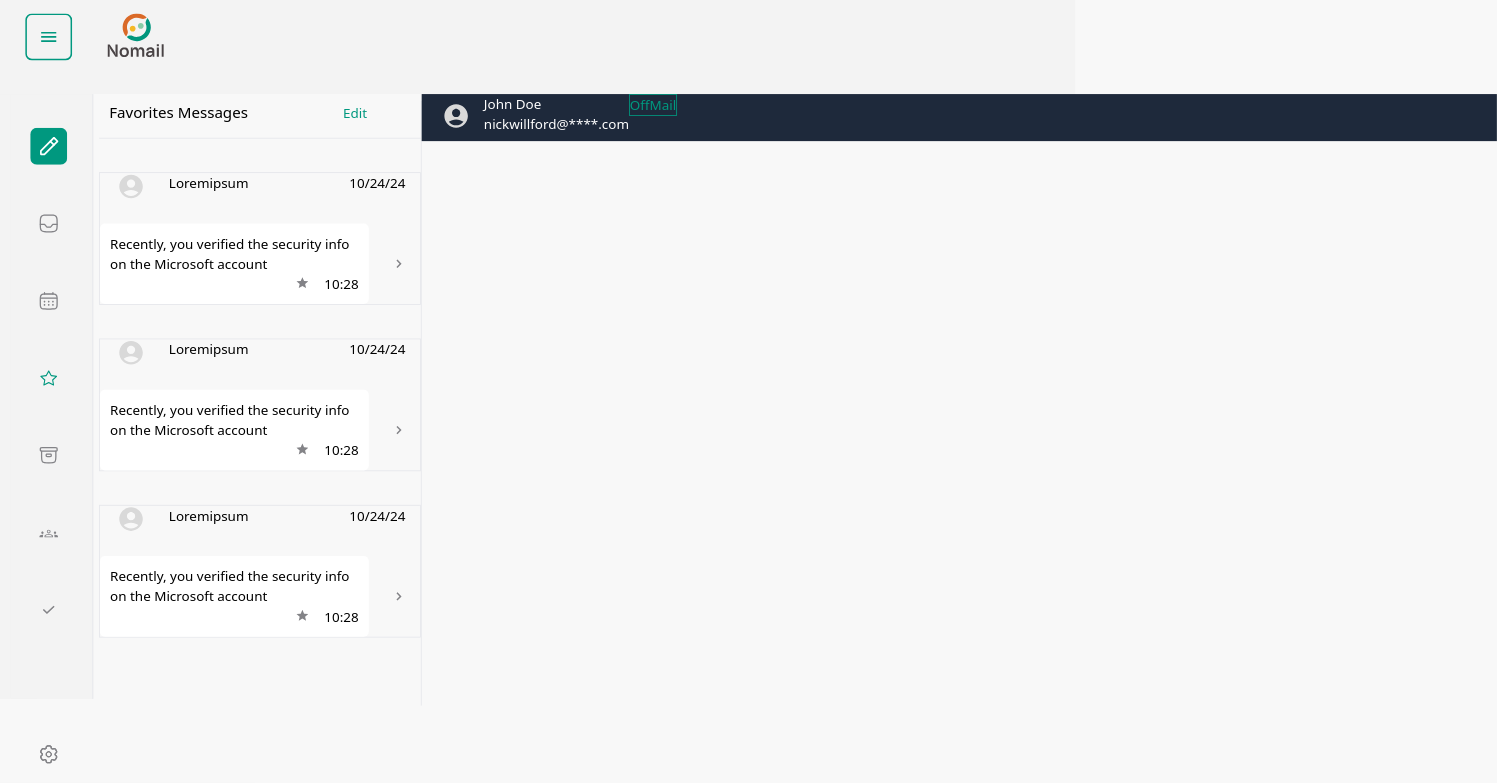
Repository: Tofigkh1/Nomail-Project
Page: /favorites (app in client/)
The author's editor kept a copy of each file at every save. The page is drawn from the files as they stood at one save, then again after the next save.
The browser window is 1280 px wide. The page is 1782 px wide, then 1280 px, so the pictures cover 1782 px, including what lies to the right of the window. The pictures show the whole page, at 84% of full size.
The project was rebuilt for these pictures with package versions that can differ from the ones it lists, and the page was loaded fresh each time. The framework's server and built-in components were replaced by stand-ins that run in the browser. Also part of the build but not shown: client/next.config.mjs, client/components/shared/svg/FavoritesSvg.jsx, client/components/shared/svg/calendarActiveSvg.jsx, client/components/shared/client/CheckBox/index.tsx.

Above is the page before, as saved 2024-11-22 03:05:10.

After the next save:
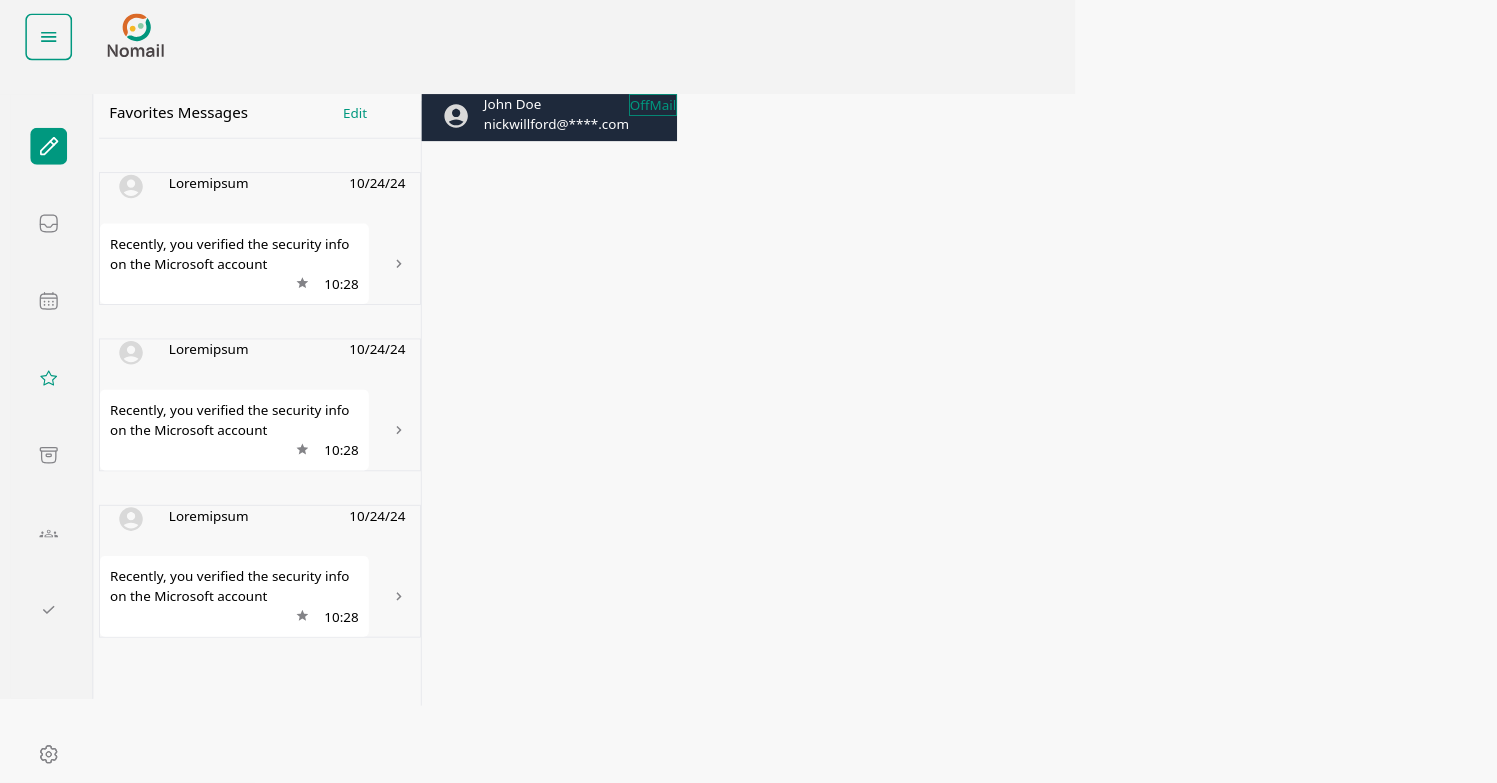
Saved 25 s later.
--- a/client/components/shared/client/messagesView/index.tsx
+++ b/client/components/shared/client/messagesView/index.tsx
@@ -12,7 +12,7 @@ export default function MessagesView() {
         <div>
 
         <header>
-            <div className=" top-0 w-screen h-14 bg-slate-800">
+            <div className=" top-0 w-full h-14 bg-slate-800">
 
                 <div className=" flex ">
 
